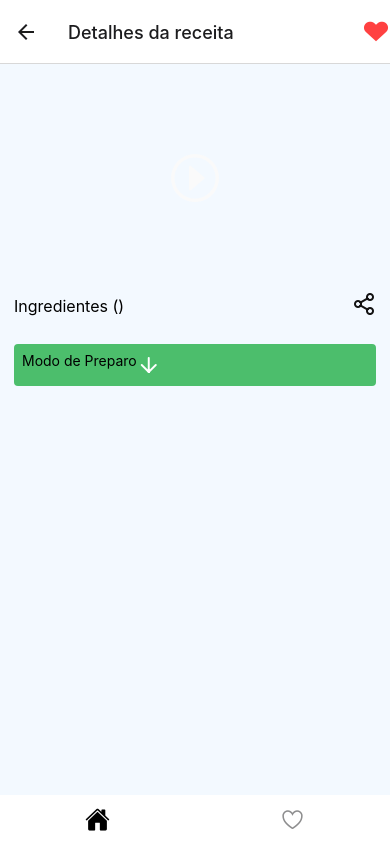
Repository: pheonix5/Receitas
Screen: /Detail
These files come from the project's save history. The screen is drawn as it stood at one moment and after the next save; the edit follows.
The page's requests for data from a server got no answer. The app was drawn by React Native's web renderer in a window 390 px wide. The project was rebuilt for these pictures with package versions that can differ from the ones it lists, and the page was loaded fresh each time. No one was signed in, and anything a server would have sent is missing. Also part of the build but not shown: src/components/foodlist/index.js, src/components/ingredients/index.js, src/components/instructions/index.js, src/pages/search/index.js, src/pages/favorites/index.js.

Above is the screen before, as saved 2023-04-08 20:29:15.

After the next save:
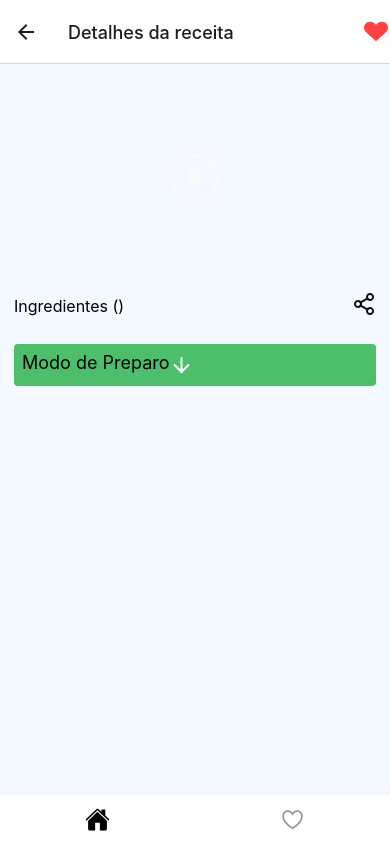
Saved 16 s later.
--- a/src/pages/detail/index.js
+++ b/src/pages/detail/index.js
@@ -109,5 +109,9 @@ const styles = StyleSheet.create({
       padding: 8,
       borderRadius: 4,
       marginBottom: 14
+    },
+    instructionsText:{
+      fontSize: 18,
+
     }
 })
